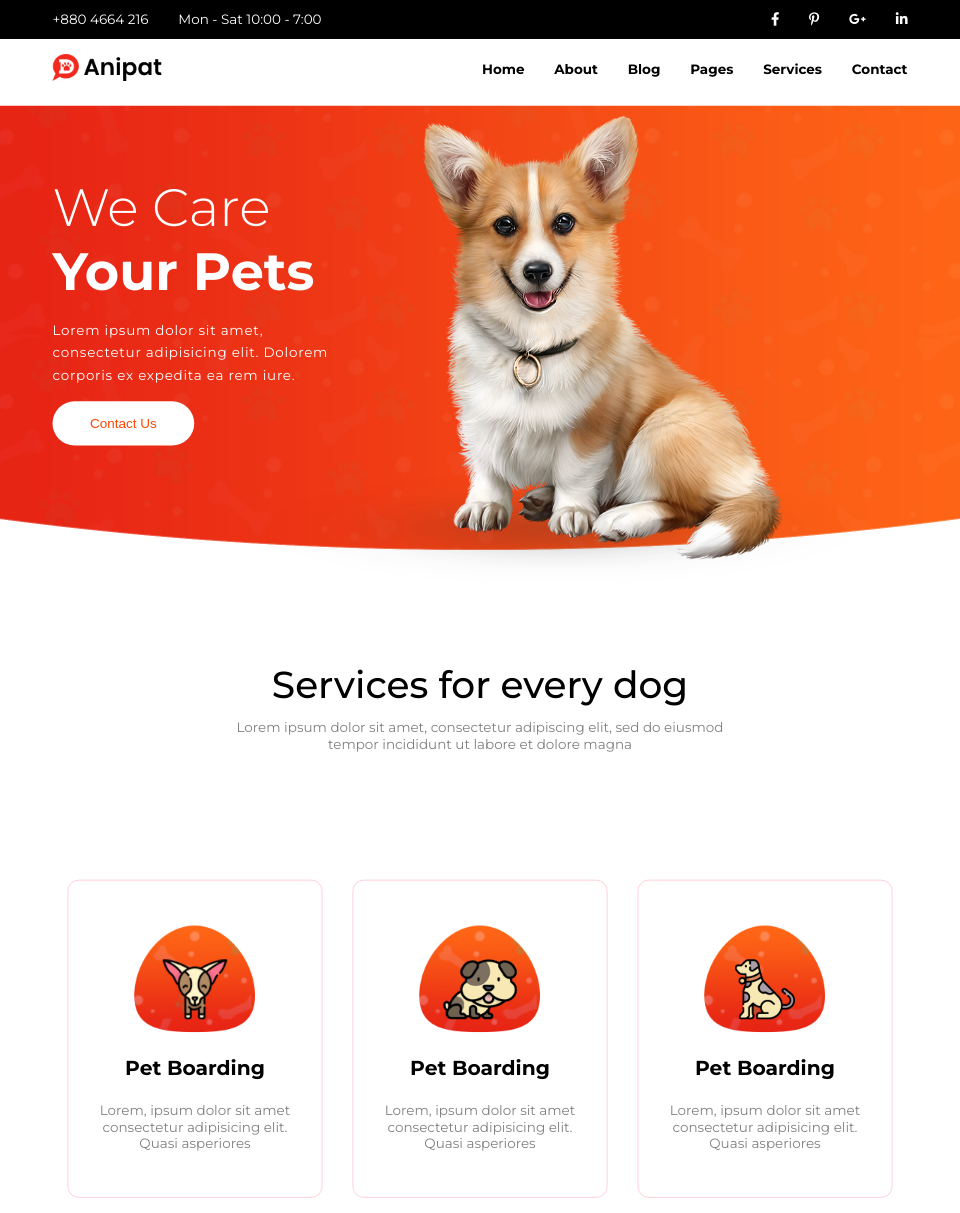
Repository: giahuy405/Day_2_Anipat
Page: index.html
An editor plug-in stored every save of this project. The page is shown before and after the next save, followed by the edit.
The browser window is 1280 px wide. The pictures show the whole page, at 75% of full size.

Above is the page before, as saved 2022-09-08 23:27:16.

After the next save:
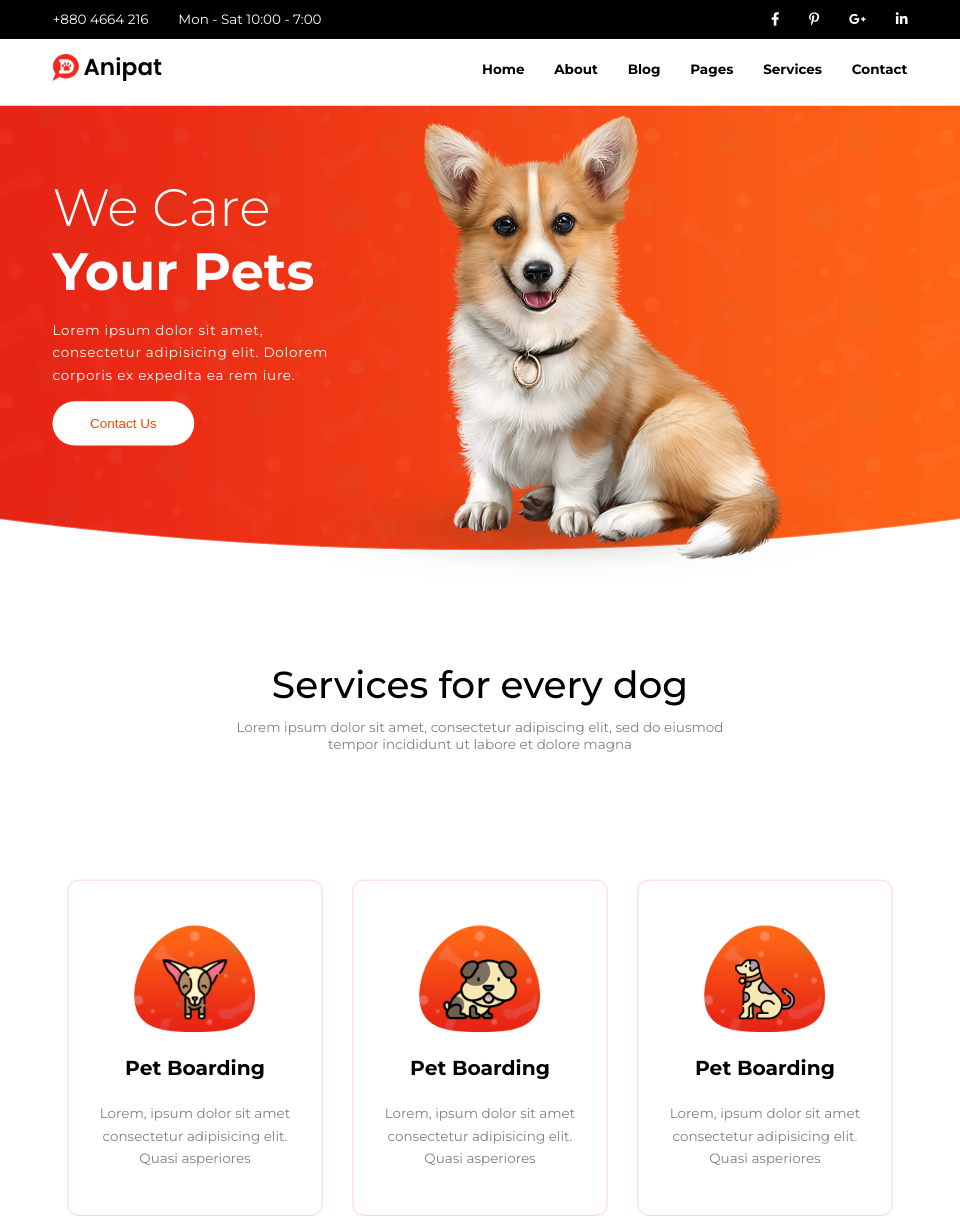
Saved 11 s later.
--- a/css/index.css
+++ b/css/index.css
@@ -163,4 +163,5 @@ html{
 }
 .service__item p{
     color: grey;
+    line-height: 30px;
 }
